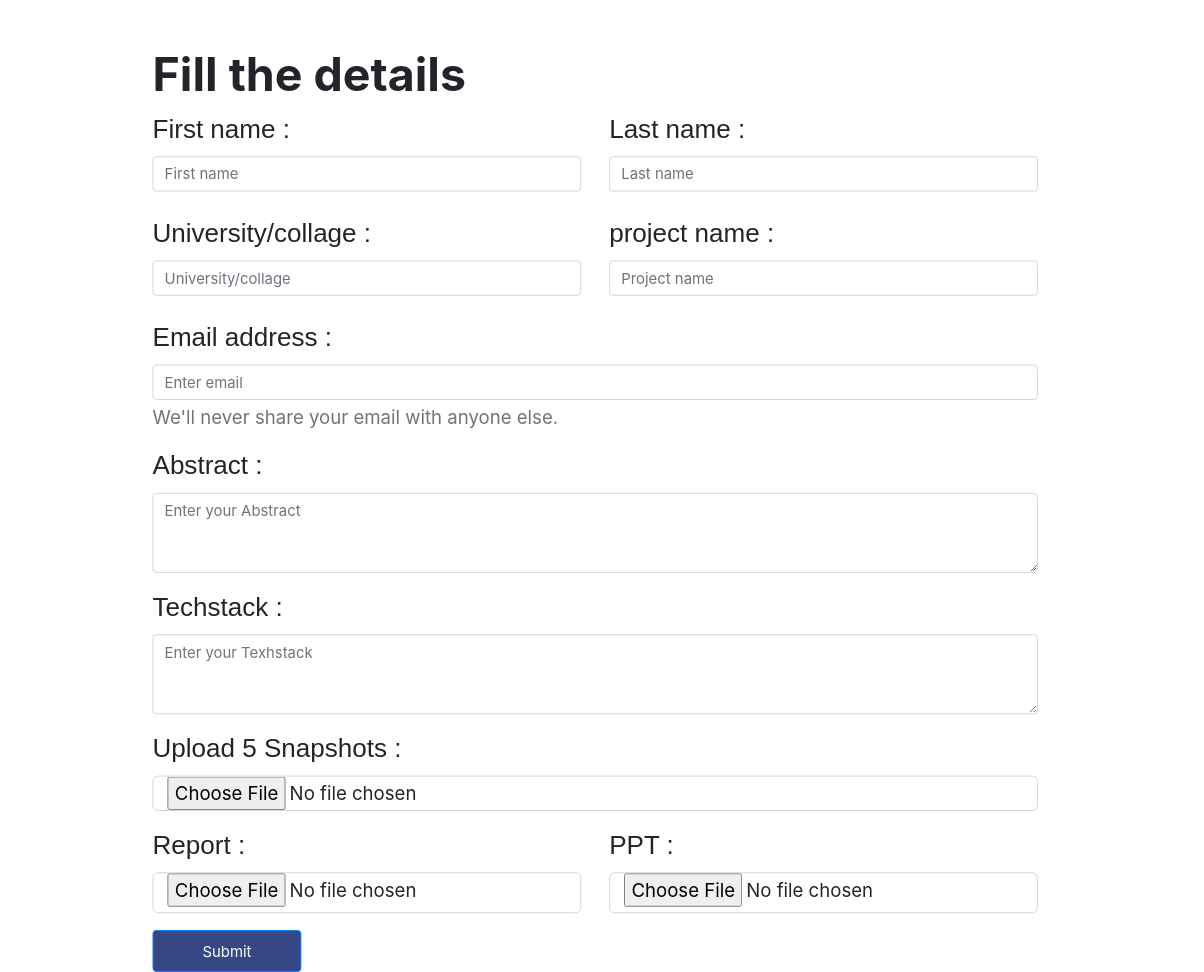
Repository: Sanskriti002/collaborate
Page: form.html
The author's editor kept a copy of each file at every save. The page is drawn from the files as they stood at one save, then again after a run of saves.
The browser window is 1280 px wide. The page is 1280 px wide, then 1295 px, so the pictures cover 1295 px, including what lies to the right of the window. The pictures show the whole page, at 93% of full size.

Above is the page before, as saved 2023-09-21 20:28:57.

After the next 3 saves:
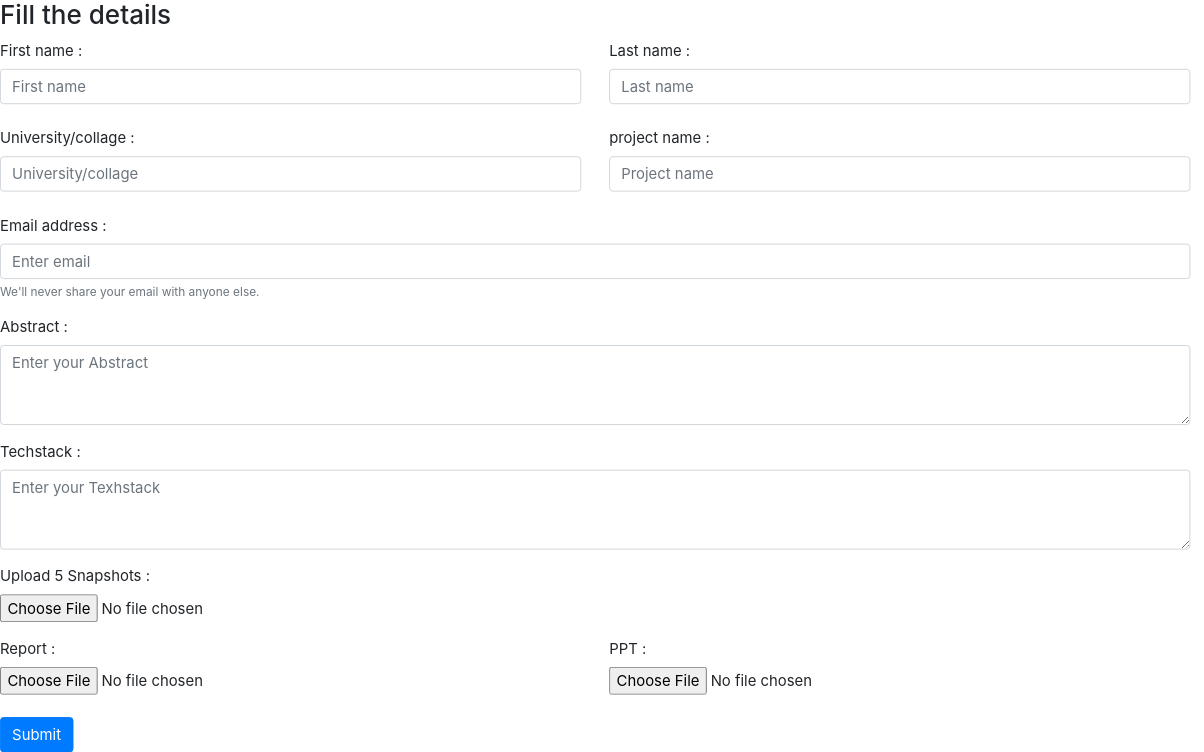
The 3 saves are shown as one change because they came seconds apart.
The last was saved 7 s later.
--- a/form.css
+++ b/form.css
@@ -1,6 +1,5 @@
 body{
-    background-image:linear-gradient();
-    margin:0;
+    background-image:linear-gradient(#a8
     padding:0;
      justify-content: center;
     align-items: center;
